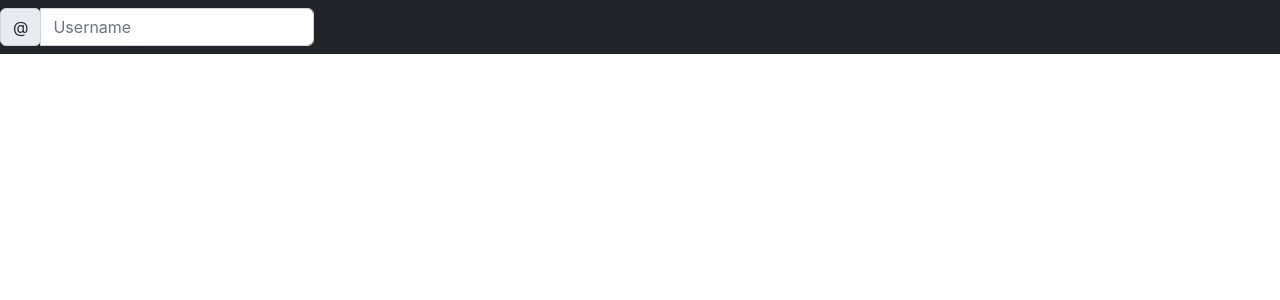
Repository: Sakshamccna/React
Page: /
An editor plug-in stored every save of this project. The page is shown before and after the next save, followed by the edit.
The browser window is 1280 px wide. The pictures show the whole page.
The project was rebuilt for these pictures with package versions that can differ from the ones it lists, and the page was loaded fresh each time.

Above is the page before, as saved 2022-12-26 09:55:45.

### public/index.html
<!DOCTYPE html>
<html lang="en">

<head>
  <meta charset="utf-8" />
  <link rel="icon" href="%PUBLIC_URL%/favicon.ico" />
  <meta name="viewport" content="width=device-width, initial-scale=1" />
  <meta name="theme-color" content="#000000" />
  <meta name="description" content="Web site created using create-react-app" />
  <link rel="apple-touch-icon" href="%PUBLIC_URL%/logo192.png" />
  <!--
      manifest.json provides metadata used when your web app is installed on a
      user's mobile device or desktop. See https://developers.google.com/web/fundamentals/web-app-manifest/
    -->
  <link rel="manifest" href="%PUBLIC_URL%/manifest.json" />
  <link href="https://cdn.jsdelivr.net/npm/bootstrap@5.2.3/dist/css/bootstrap.min.css" rel="stylesheet"
    integrity="sha384-rbsA2VBKQhggwzxH7pPCaAqO46MgnOM80zW1RWuH61DGLwZJEdK2Kadq2F9CUG65" crossorigin="anonymous">
  <!--
      Notice the use of %PUBLIC_URL% in the tags above.
      It will be replaced with the URL of the `public` folder during the build.
      Only files inside the `public` folder can be referenced from the HTML.

      Unlike "/favicon.ico" or "favicon.ico", "%PUBLIC_URL%/favicon.ico" will
      work correctly both with client-side routing and a non-root public URL.
      Learn how to configure a non-root public URL by running `npm run build`.
    -->
  <title>React App</title>
</head>

<body>
  <noscript>You need to enable JavaScript to run this app.</noscript>
  <div id="root"></div>
  <!--
      This HTML file is a template.
      If you open it directly in the browser, you will see an empty page.

      You can add webfonts, meta tags, or analytics to this file.
      The build step will place the bundled scripts into the <body> tag.

      To begin the development, run `npm start` or `yarn start`.
      To create a production bundle, use `npm run build` or `yarn build`.
    -->
</body>
<script src="https://cdn.jsdelivr.net/npm/bootstrap@5.2.3/dist/js/bootstrap.bundle.min.js"
  integrity="sha384-kenU1KFdBIe4zVF0s0G1M5b4hcpxyD9F7jL+jjXkk+Q2h455rYXK/7HAuoJl+0I4" crossorigin="anonymous"></script>

</html>

### src/App.tsx
import React from 'react';
import logo from './logo.svg';
import './App.css';
import { BrowserRouter, Routes, Route } from 'react-router-dom';
import Headers from './Components/Headers';


function App() {
  return (
    <div className="App">
      <BrowserRouter>

        <Headers />

      </BrowserRouter>



    </div >
  );
}

export default App;

### src/Components/Headers.tsx
import React from 'react'

function Headers() {
    return (
        <>
            <nav className="navbar navbar-light bg-dark">
                <form className="form-inline">
                    <div className="input-group">
                        <div className="input-group-prepend">
                            <span className="input-group-text" id="basic-addon1">@</span>
                        </div>
                        <input type="text" className="form-control" placeholder="Username" aria-label="Username" aria-describedby="basic-addon1" />
                    </div>
                </form>
            </nav>
        </>
    )
}

export default Headers

Loaded but not shown: src/index.tsx (common file); src/index.css (common file); src/reportWebVitals.ts (common file); src/App.css (common file)

After the next save:
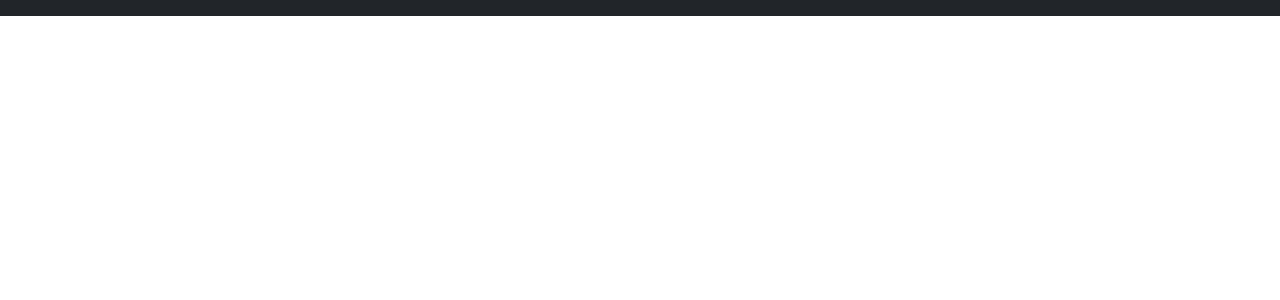
Saved 32 s later.
--- a/src/Components/Headers.tsx
+++ b/src/Components/Headers.tsx
@@ -6,10 +6,8 @@ function Headers() {
             <nav className="navbar navbar-light bg-dark">
                 <form className="form-inline">
                     <div className="input-group">
-                        <div className="input-group-prepend">
-                            <span className="input-group-text" id="basic-addon1">@</span>
-                        </div>
-                        <input type="text" className="form-control" placeholder="Username" aria-label="Username" aria-describedby="basic-addon1" />
+
+
                     </div>
                 </form>
             </nav>
